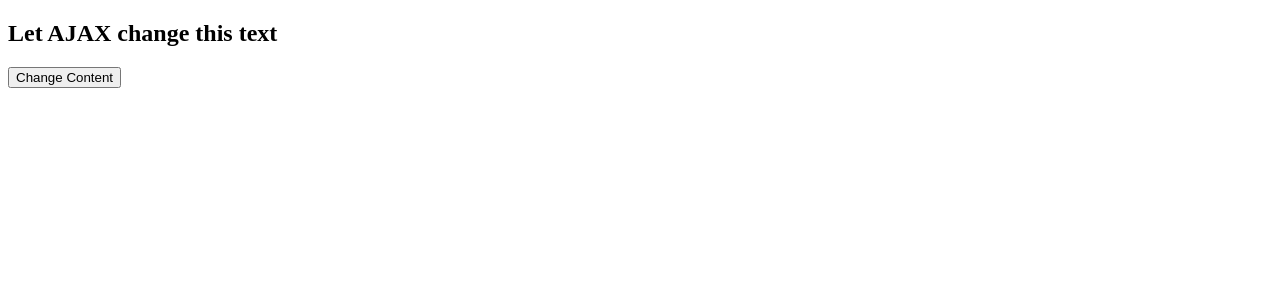
Repository: martinschatz/LoginPage
Page: INFI-Holz/Beispiel1/WebContent/ajaxtest.html
The author's editor kept a copy of each file at every save. The page is drawn from the files as they stood at one save, then again after the next save.
The browser window is 1280 px wide. The pictures show the whole page.

Above is the page before, as saved 2018-09-26 12:30:31.

After the next save:
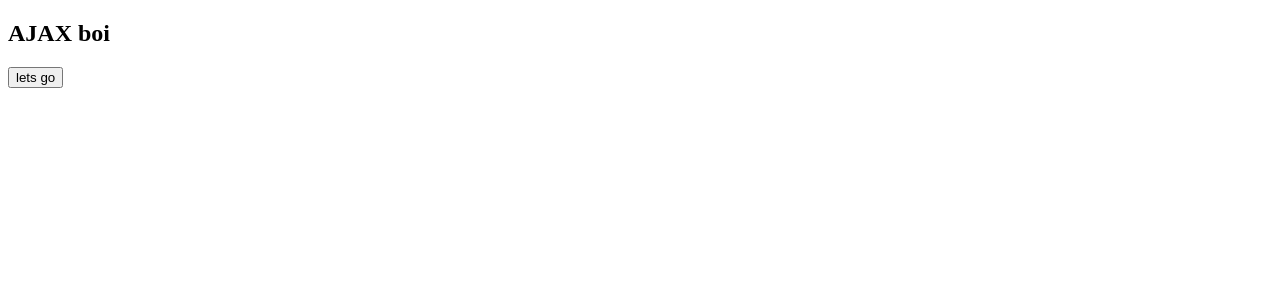
Saved 93 s later.
--- a/INFI-Holz/Beispiel1/WebContent/ajaxtest.html
+++ b/INFI-Holz/Beispiel1/WebContent/ajaxtest.html
@@ -7,9 +7,23 @@
 <body>
 
 <div id="demo">
-  <h2>Let AJAX change this text</h2>
-  <button type="button" onclick="loadDoc()">Change Content</button>
+  <h2>AJAX boi</h2>
+  <button type="button" onclick="loadDoc()">lets go</button>
 </div>
 
 </body>
+
+<script type="text/javascript">
+function loadDoc() {
+	  var xhttp = new XMLHttpRequest();
+	  xhttp.onreadystatechange = function() {
+	    if (this.readyState == 4 && this.status == 200) {
+	     document.getElementById("demo").innerHTML = this.responseText;
+	    }
+	  };
+	  xhttp.open("POST", "ajax_info.txt", true);
+	  xhttp.send();
+	}
+</script>
+
 </html>
